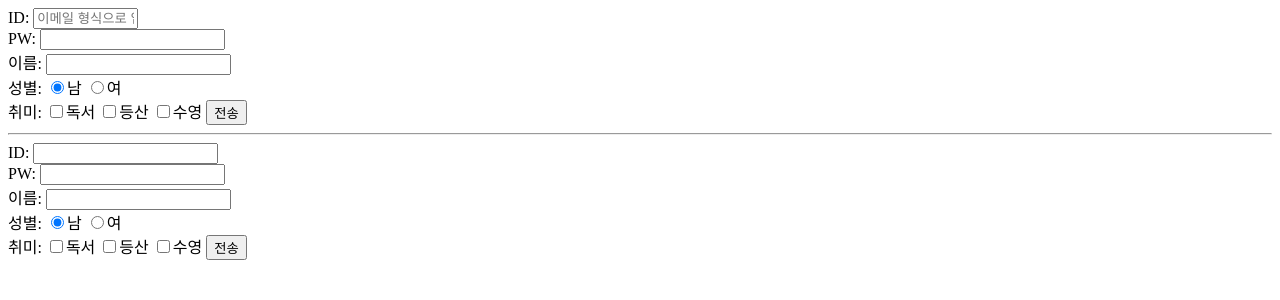
Repository: WonHwiAhn/JAVAClass
Page: 180131_GetParameterValues/WebContent/regist.html
An editor plug-in stored every save of this project. The page is shown before and after the next save, followed by the edit.
The browser window is 1280 px wide. The pictures show the whole page.

Above is the page before, as saved 2018-01-31 01:31:42.

### 180131_GetParameterValues/WebContent/regist.html
<!DOCTYPE html>
<html>
<head>
<meta charset="EUC-KR">
<title>Insert title here</title>
</head>
<body>
	<form action="ms2">
		ID: <input type="text" name="id" placeholder="이메일 형식으로 입력해주세요." size="10"><br>
		PW: <input type="password" name="pw"><br>
		이름: <input type="text" name="userName"><br>
		성별: <input type="radio" name="sex" value="m" checked>남
		<input type="radio" name="sex" value="w">여<br>
		취미: <input type="checkbox" name="hobby" value="0">독서
		<input type="checkbox" name="hobby" value="1">등산
		<input type="checkbox" name="hobby" value="2">수영
		<input type="submit" value="전송">
	</form>

	<hr>

	<form action="ms2" method="post">
		ID: <input type="text" name="id"><br>
		PW: <input type="password" name="pw"><br>
		이름: <input type="text" name="userName"><br>
		성별: <input type="radio" name="sex" value="m" checked>남
		<input type="radio" name="sex" value="w">여<br>
		취미: <input type="checkbox" name="hobby" value="0">독서
		<input type="checkbox" name="hobby" value="1">등산
		<input type="checkbox" name="hobby" value="2">수영
		<input type="submit" value="전송">
	</form>
</body>
</html>

After the next save:
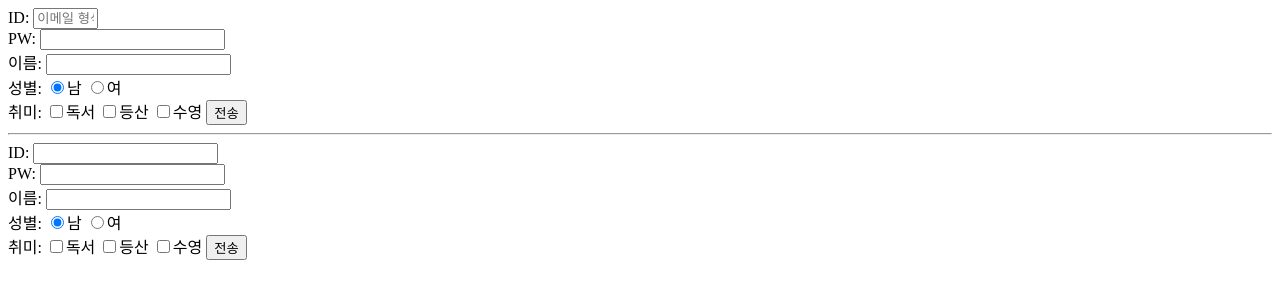
Saved 6 s later.
--- a/180131_GetParameterValues/WebContent/regist.html
+++ b/180131_GetParameterValues/WebContent/regist.html
@@ -6,7 +6,7 @@
 </head>
 <body>
 	<form action="ms2">
-		ID: <input type="text" name="id" placeholder="이메일 형식으로 입력해주세요." size="10"><br>
+		ID: <input type="text" name="id" placeholder="이메일 형식으로 입력해주세요." size="5"><br>
 		PW: <input type="password" name="pw"><br>
 		이름: <input type="text" name="userName"><br>
 		성별: <input type="radio" name="sex" value="m" checked>남
